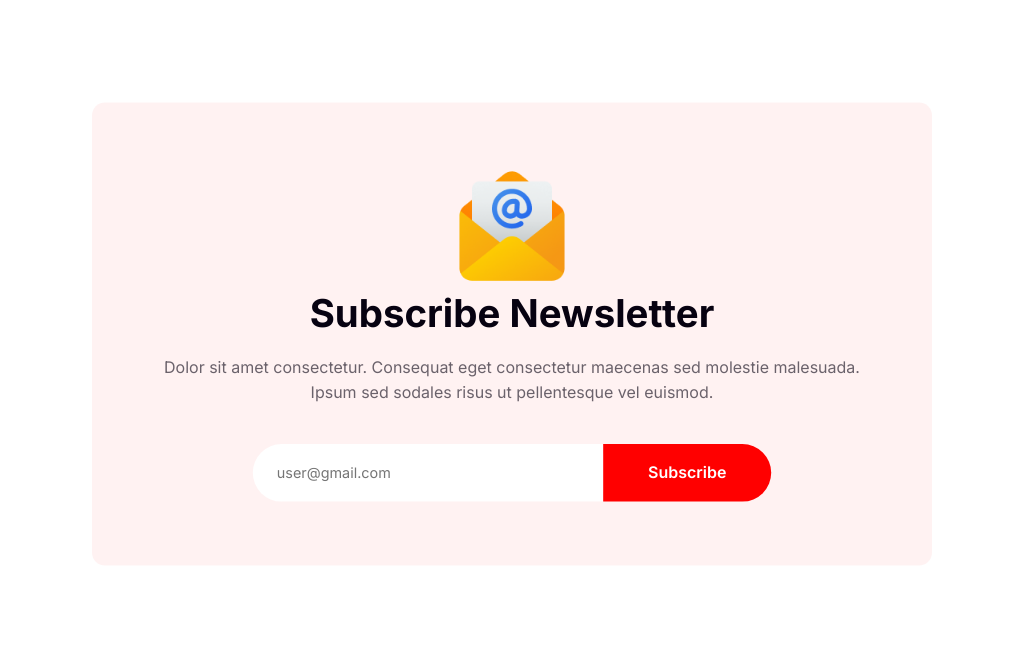
Repository: ShouravAhammed/simple-responsive-new-year
Page: index.html
An editor plug-in stored every save of this project. The page is shown before and after the next save, followed by the edit.
The browser window is 1280 px wide. The pictures show the whole page, at 80% of full size.

Above is the page before, as saved 2024-01-11 15:25:45.

After the next save:
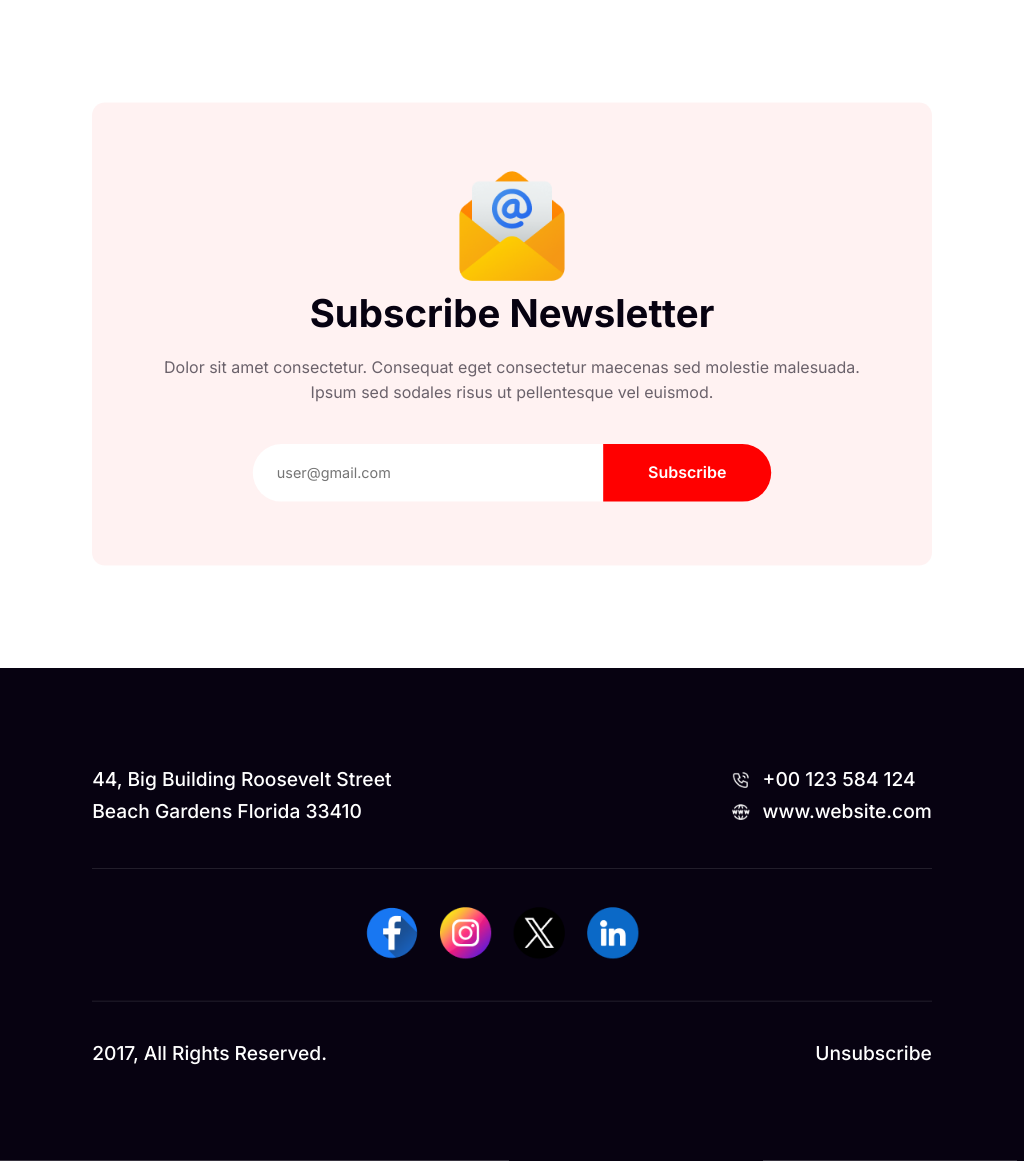
Saved 19 s later.
--- a/index.html
+++ b/index.html
@@ -154,7 +154,7 @@
             </section>
     </main>
     <!--  footer part -->
-    <footer class="hide">
+    <footer>
         <section id="footer">
             <div class="container">
                 <div class="footer-describe-part line-color">
